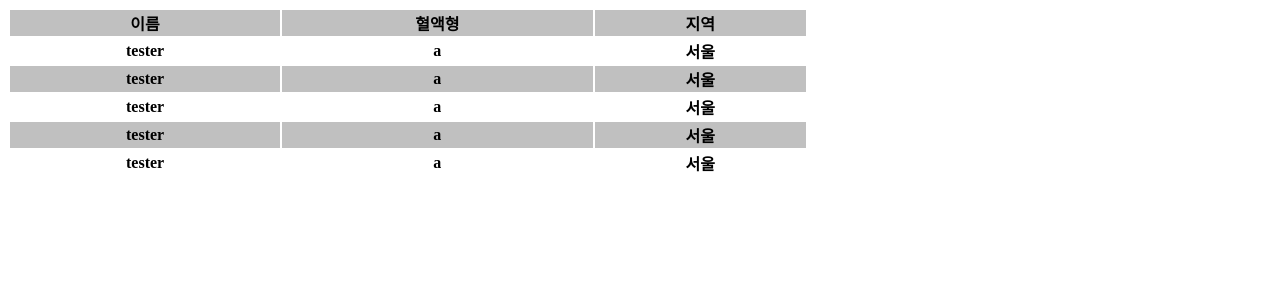
Repository: popconnect/jQuery
Page: http://localhost/jqueryEx01/jquery10.jsp
An editor plug-in stored every save of this project. The page is shown before and after the next save, followed by the edit.
The browser window is 1280 px wide. The pictures show the whole page.
The page is served by Tomcat 9.

Above is the page before, as saved 2023-05-15 06:50:56.

After the next save:
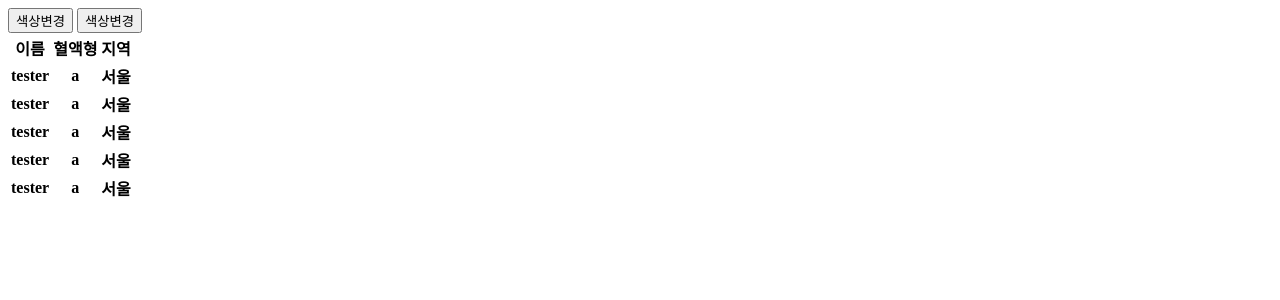
Console error: SyntaxError: Unexpected token '}'
Saved 28 s later.
--- a/jqueryEx01/src/main/webapp/jquery10.jsp
+++ b/jqueryEx01/src/main/webapp/jquery10.jsp
@@ -15,9 +15,18 @@
 		$('tr:even').css('background-color', '#c0c0c0');
 	});
 
+	document.getElementById('btn1').onclick = function() {
+		$('tr:odd').css('background-color', 'white');
+		$('tr:even').css('background-color', '#c0c0c0');
+	}
+});
+
 </script>
 </head>
 <body>
+<button id='btn1'>색상변경</button>
+<button id='btn2'>색상변경</button>
+
 <table>
 <tr>
 <th>이름</th>
